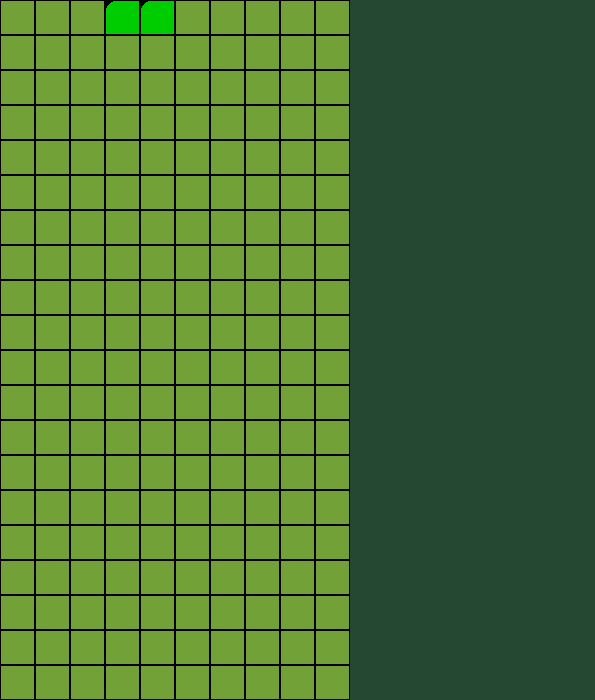
Repository: lucacdev/Tetris
Script's output: python assets/main.py
These files come from the project's save history. The script's output is drawn as it stood at one moment and after the next save; the edit follows.
The window is shown after at most 60 frames with no key pressed. Random numbers start from a fixed seed.

Above is the script's output before, as saved 2024-03-02 14:10:38.

After the next save:
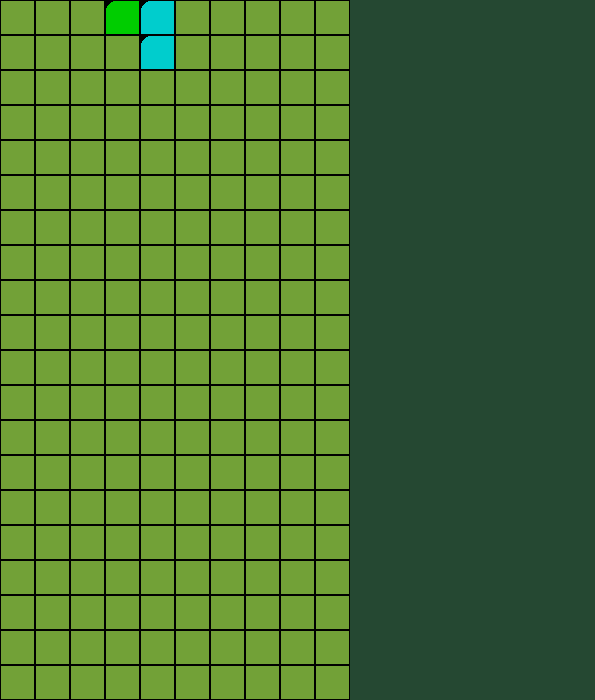
Saved 80 s later.
--- a/assets/tetris.py
+++ b/assets/tetris.py
@@ -8,6 +8,7 @@
         self.sprite_group = pg.sprite.Group()
         self.field_array = self.get_field_array()
         self.tetromino = Tetromino(self)
+        self.next_tetromino = Tetromino(self, current=False)
         self.speed_up = False
 
     def check_full_lines(self):
